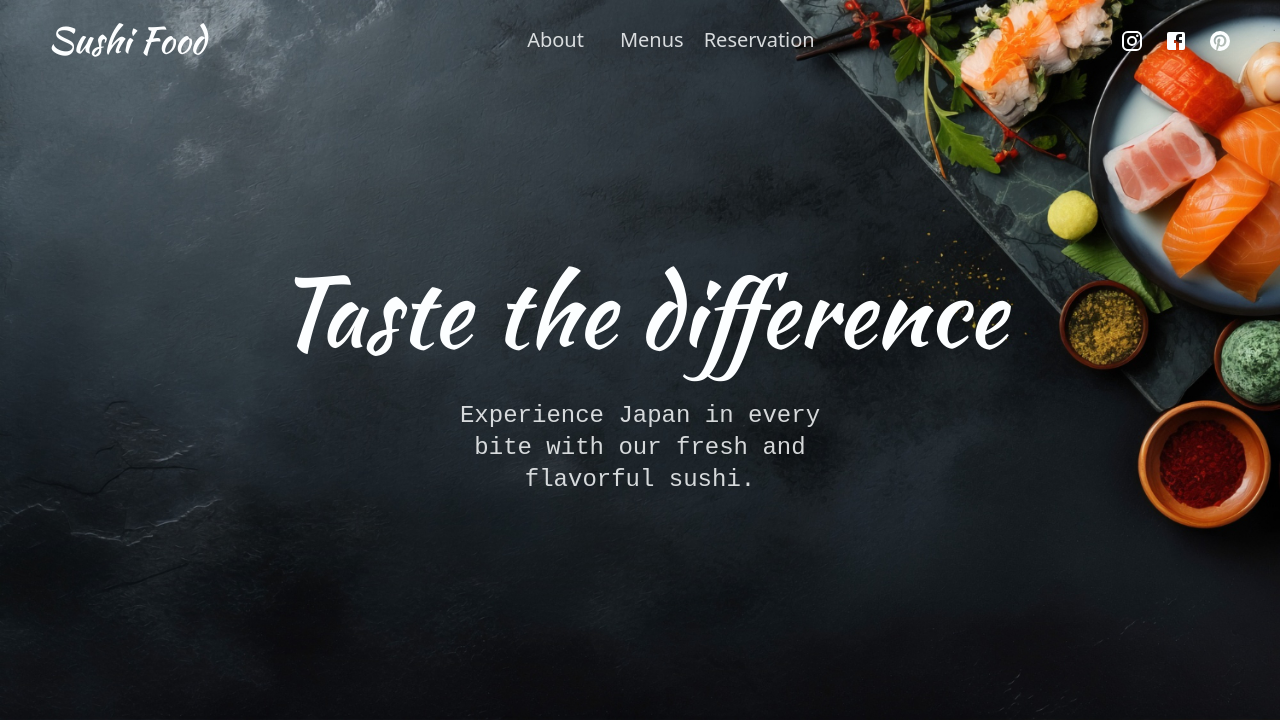
Repository: Adrien-legeleu/sushi-food
Page: /
The author's editor kept a copy of each file at every save. The page is drawn from the files as they stood at one save, then again after the next save.
The browser window is 1280 px wide. The pictures show the whole page.
Some web fonts or font styles are not loaded; a fallback is used. The project was rebuilt for these pictures with package versions that can differ from the ones it lists, and the page was loaded fresh each time. Also part of the build but not shown: vite.config.ts.

Above is the page before, as saved 2024-04-28 20:19:36.

### src/App.tsx
import { Header, Landing } from "./Components"

const App =()=> {
  return (
    <div className="bg-greenBlack h-full w-full">
      <Header/>
      <Landing/>
    </div>
  )
}

export default App

### src/index.css
@import url('https://fonts.googleapis.com/css2?family=Kaushan+Script&family=Nanum+Gothic+Coding&display=swap');

@tailwind base;
@tailwind components;
@tailwind utilities;

*{
    margin: 0;
    padding: 0;
    box-sizing: border-box;
}

### src/Components/index.ts
export * from "./Landing";
export * from "./Header";

### src/Components/Landing.tsx
export const Landing =()=>{
    return(
        <div className="h-screen w-full bg-[url('././assets/mainfond.jpg')] bg-cover bg-center-top flex items-center justify-center flex-col gap-10 pt-10">
            <h1 className="font-title text-whiteTitle text-8xl">Taste the difference</h1>
            <p className="text-whiteText font-text text-2xl text-center w-1/3">Experience Japan in every bite with our fresh and flavorful sushi.</p>
        </div>
    )
}

### src/Components/Header.tsx
import InstagramIcon from '@mui/icons-material/Instagram';
import FacebookIcon from '@mui/icons-material/Facebook';
import PinterestIcon from '@mui/icons-material/Pinterest';
export const Header =()=>{
    return (
        <div className='fixed h-20 w-full max-w-[1400px] top-0 left-1/2 -translate-x-1/2 flex justify-between items-center pl-12 pr-12'>
            <h2 className='font-title text-4xl text-whiteTitle'>Sushi Food</h2>
            <ul className='flex items-center gap-5 justify-between text-whiteText text-xl'>
                <li className='cursor-pointer  duration-300 hover:bg-green rounded-full p-4 pt-2 pb-2'>About</li>
                <li>Menus</li>
                <li>Reservation</li>
            </ul>
            <ul className='flex items-center justify-between gap-5 text-whiteTitle'>
                <li>
                    <InstagramIcon/>


                </li>
                <li> <FacebookIcon/></li>
                <li><PinterestIcon/></li>
            </ul>
        </div>
    )
}

### tailwind.config.js
/** @type {import('tailwindcss').Config} */
export default {
  content: ["./index.html", "./src/**/*.{js,ts,jsx,tsx}"],
  theme: {
    extend: {
      backgroundColor: {
        greenBlack: "#0B1517",
      },
      colors: {
        green: "#A6977C",
        whiteTitle: "#FCFEFF",
        whiteText: "#FCFEFFD5",
      },
    },
    fontFamily: {
      title: ["Kaushan Script", "cursive"],
      text: ["Nanum Gothic Coding", "monospace"],
    },
  },
  plugins: [],
};

Loaded but not shown: index.html (common file); src/main.tsx (common file)

After the next save:
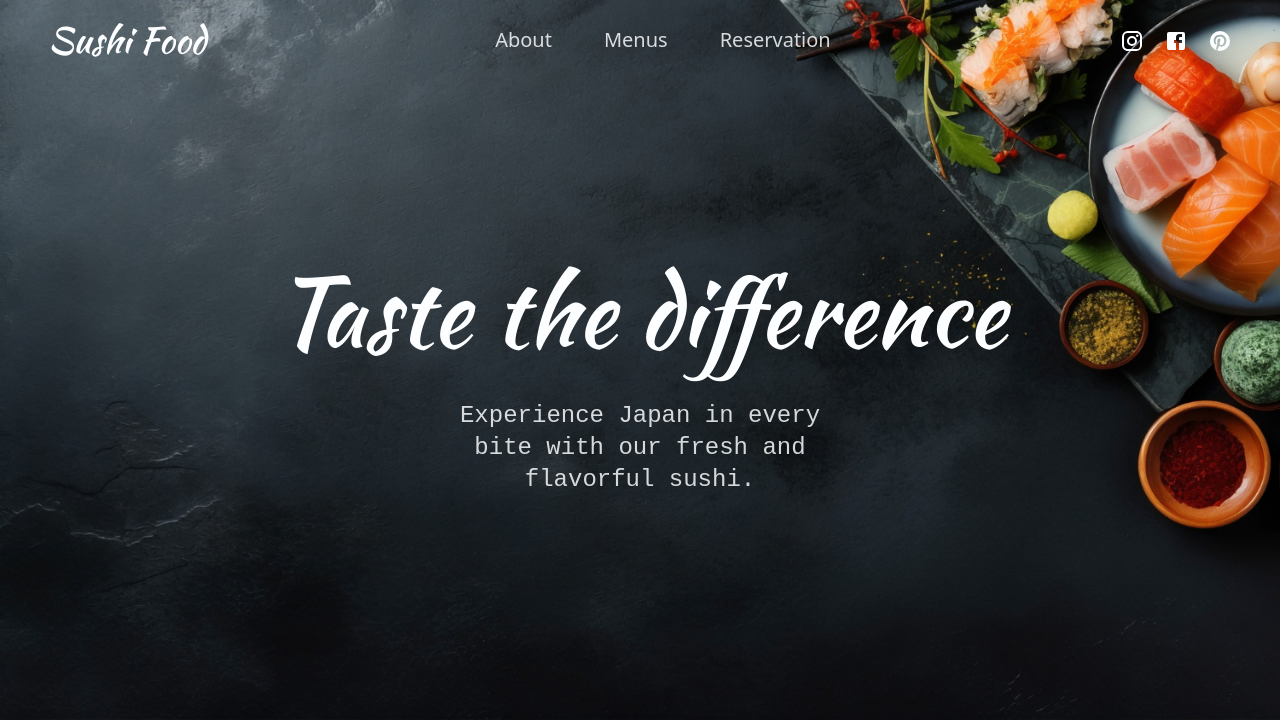
Saved 14 s later.
--- a/src/Components/Header.tsx
+++ b/src/Components/Header.tsx
@@ -7,8 +7,8 @@ export const Header =()=>{
             <h2 className='font-title text-4xl text-whiteTitle'>Sushi Food</h2>
             <ul className='flex items-center gap-5 justify-between text-whiteText text-xl'>
                 <li className='cursor-pointer  duration-300 hover:bg-green rounded-full p-4 pt-2 pb-2'>About</li>
-                <li>Menus</li>
-                <li>Reservation</li>
+                <li className='cursor-pointer  duration-300 hover:bg-green rounded-full p-4 pt-2 pb-2'>Menus</li>
+                <li className='cursor-pointer  duration-300 hover:bg-green rounded-full p-4 pt-2 pb-2'>Reservation</li>
             </ul>
             <ul className='flex items-center justify-between gap-5 text-whiteTitle'>
                 <li>
